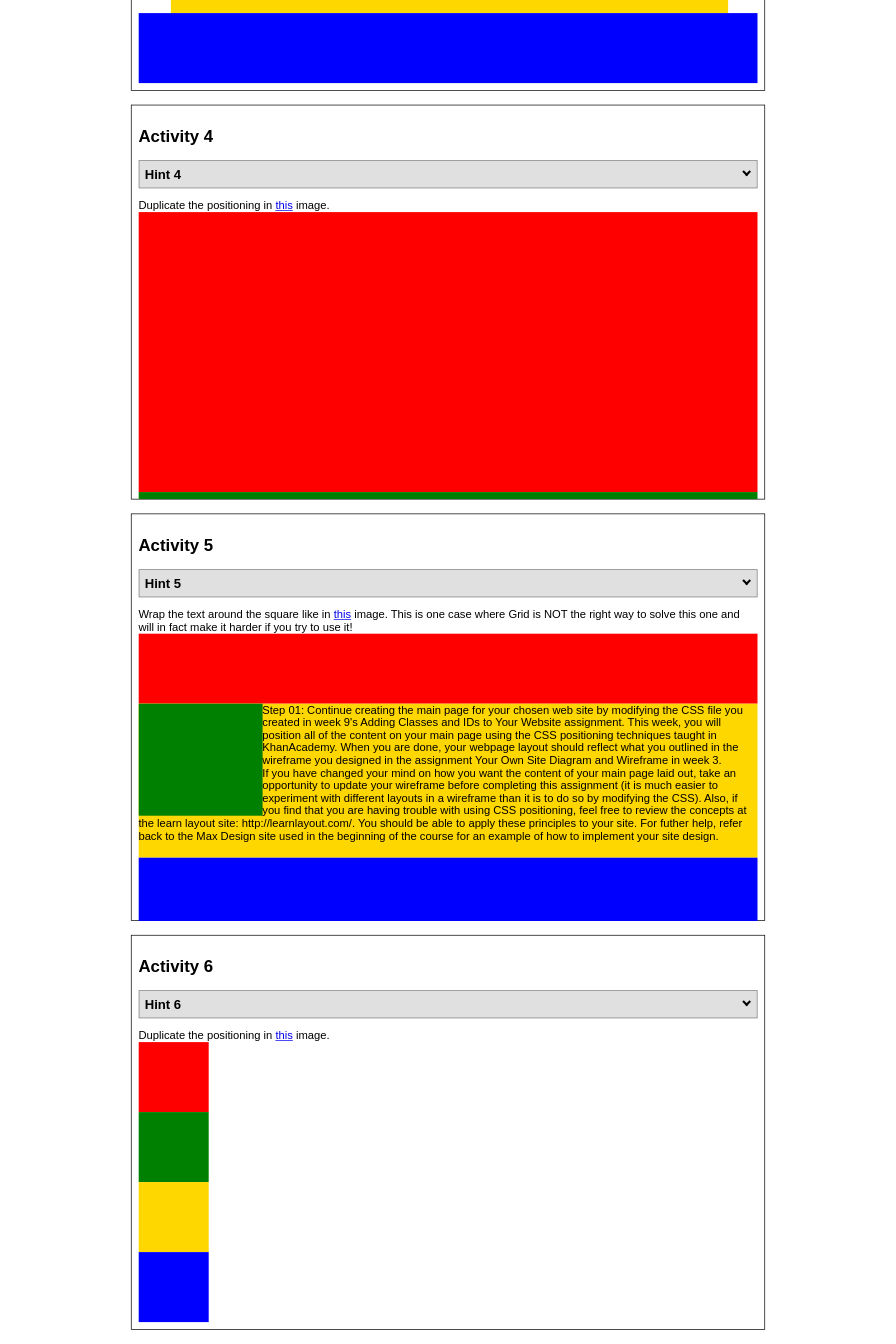
Repository: nak97/WDD-130
Page: positioning.html
These files come from the project's save history. The page is drawn as it stood at one moment and after the next save; the edit follows.
The browser window is 1280 px wide. The pictures show the part of the page from y = 2241 to 4161 px (the page is 4161 px tall before and 4131 px after), at 70% of full size.
An inner scrolling area shows only its first screen.

Above is the page before, as saved 2023-02-11 17:26:37.

After the next save:
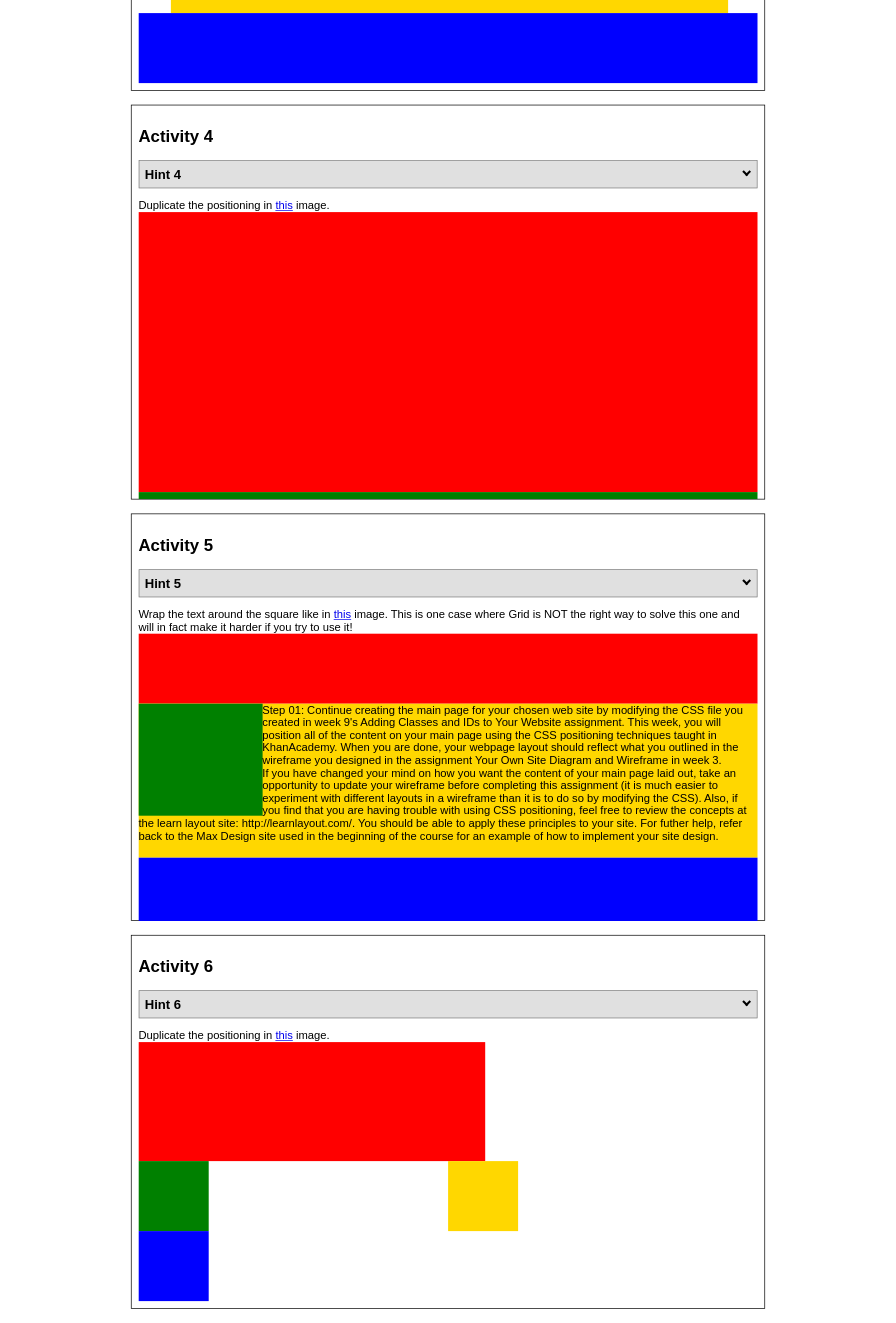
Saved 26 min 13 s later.
--- a/positionstyles.css
+++ b/positionstyles.css
@@ -161,11 +161,13 @@
 /* Activity 6 styles */
 .content6 {
   /* This is the parent of the activity 6 boxes. */
+  display: grid;
 }
 .red6 {
-  width: 100px;
-  height: 100px;
-  background-color: red;
+  width: 56%;
+  height: 170px;
+  background-color: red;
+  grid-column: 1/3;
 }
 .green6 {
   width: 100px;
